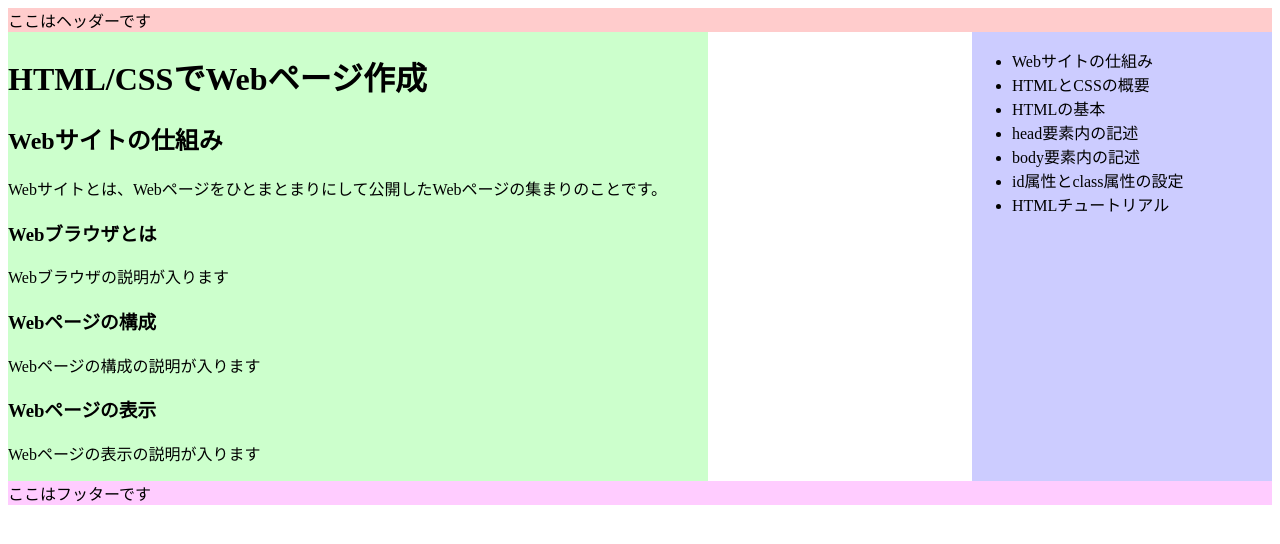
Repository: ryotaro-saji/todolist
Page: lesson-htmlcss/kadai-html.html
The author's editor kept a record of every edit. The page is drawn from the files as they stood at one moment, then again after the next edit.
The browser window is 1280 px wide. The pictures show the whole page.

Above is the page before.

### lesson-htmlcss/kadai-html.html
<!DOCTYPE html>
<html lang="ja">
    <head>
        <meta charset="utf-8">
        <title>HTML/CSSでWebページ作成</title>
        <link rel="stylesheet" href="kadai-css.css">
    </head>
    <body>
        <header>
            ここはヘッダーです
        </header>
        <div id="wrapper">
            <div id="main">
                <h1>HTML/CSSでWebページ作成</h1>
                <h2>Webサイトの仕組み</h2>
                <p>Webサイトとは、Webページをひとまとまりにして公開したWebページの集まりのことです。</p>
                <h3>Webブラウザとは</h3>
                <p>Webブラウザの説明が入ります</p>
                <h3>Webページの構成</h3>
                <p>Webページの構成の説明が入ります</p>
                <h3>Webページの表示</h3>
                <p>Webページの表示の説明が入ります</p>
            </div>
            <nav id="menu">
                <ul>
                    <li>Webサイトの仕組み</li>
                    <li>HTMLとCSSの概要</li>
                    <li>HTMLの基本</li>
                    <li>head要素内の記述</li>
                    <li>body要素内の記述</li>
                    <li>id属性とclass属性の設定</li>
                    <li>HTMLチュートリアル</li>
                </ul>
            </nav>
        </div>
        <footer>
            ここはフッターです
        </footer>
    </body>
</html>

### lesson-htmlcss/kadai-css.css
@charset "UTF-8";



header{
    background-color:#ffcccc;





}
#wrapper{
    display:flex;
    justify-content: space-between;



}
#main{
    width:700px;
    background-color: #ccffcc;
}
#menu{
    width:300px;
    background-color: #ccccff;
}





footer{
    background-color:#ffccff;

}

After the next edit:
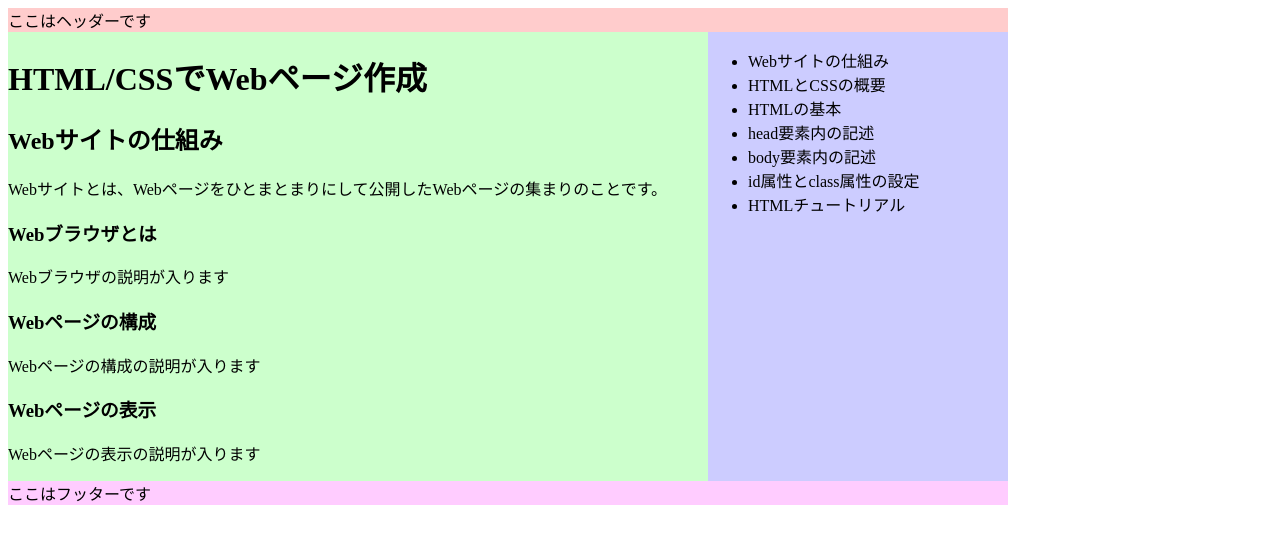
The edit:
--- a/lesson-htmlcss/kadai-css.css
+++ b/lesson-htmlcss/kadai-css.css
@@ -1,7 +1,9 @@
 @charset "UTF-8";
 
 
-
+body{
+    width:1000px;
+}
 header{
     background-color:#ffcccc;
 
